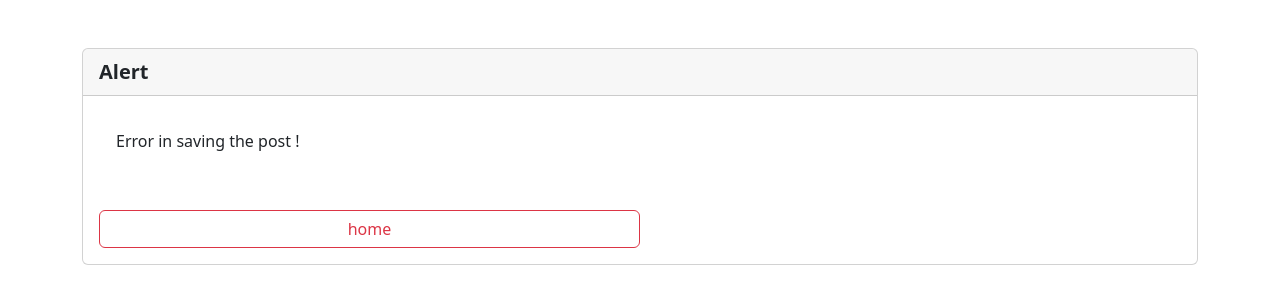
Repository: codewithajaythomas/iNeuron-Assignment
Page: http://localhost/JavaFinalProject-Q17/alert.jsp
These files come from the project's save history. The page is drawn as it stood at one moment and after the next save; the edit follows.
The browser window is 1280 px wide. The pictures show the whole page.
The page is served by Tomcat 9.

Above is the page before, as saved 2023-05-30 14:49:55.

After the next save:
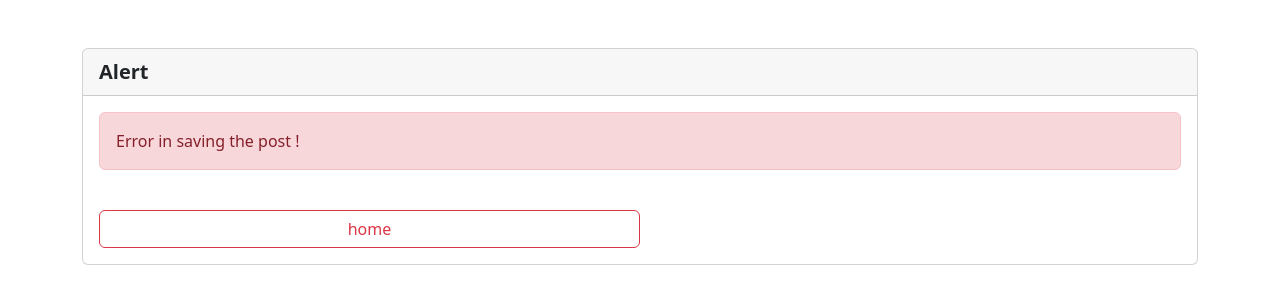
Saved 5 s later.
--- a/JavaFinalProject-Q17/WebContent/alert.jsp
+++ b/JavaFinalProject-Q17/WebContent/alert.jsp
@@ -26,7 +26,7 @@
 		        <br />
 		    </c:when>
 		    <c:otherwise>
-		        <div class="alert alert-dabger" role="alert">
+		        <div class="alert alert-danger" role="alert">
             	 Error in saving the post !
           		</div>
 		        <br />
